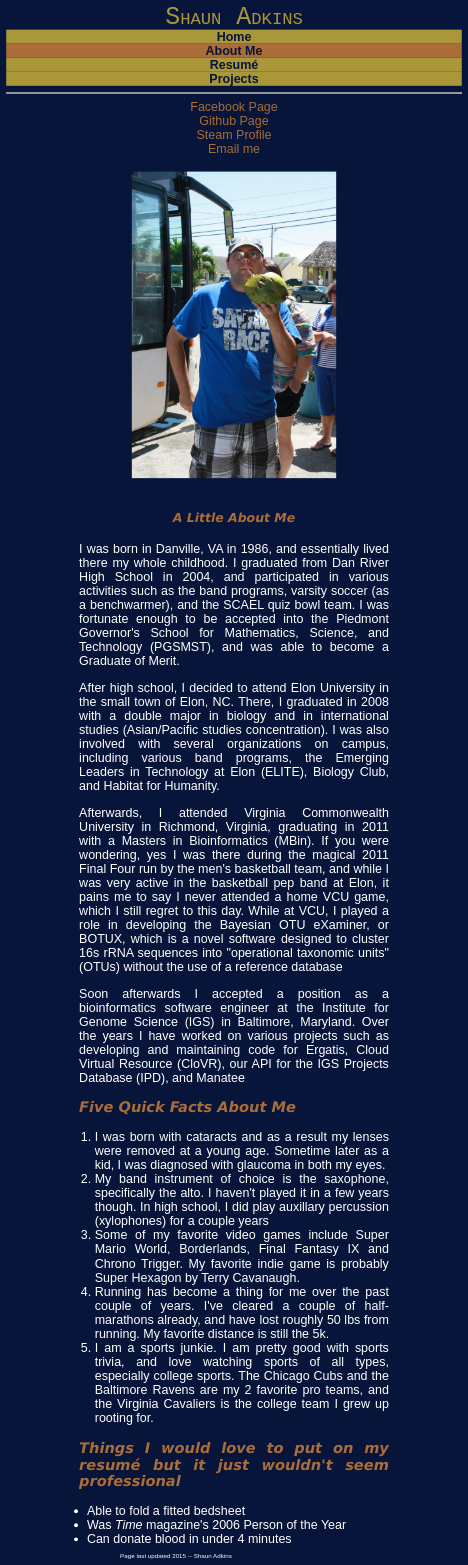
Repository: adkinsrs/sadkins_site
Page: html/about.html
The author's editor kept a record of every edit. The page is drawn from the files as they stood at one moment, then again after the next edit.
The browser window is 600 px wide. The pictures show the whole page, at 78% of full size.

Above is the page before.

After the next edit:
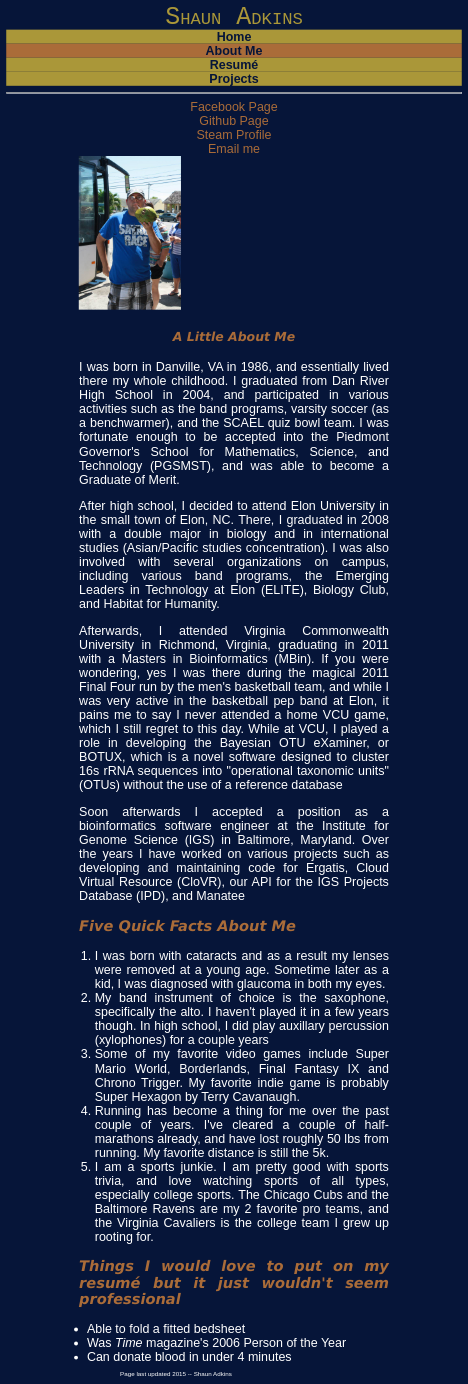
The edit:
--- a/css/main.css
+++ b/css/main.css
@@ -123,14 +123,6 @@
         text-align: center;
     }
 
-    img {
-        width: 66%;
-        margin-left: auto;
-        margin-right: auto;
-        padding: 20px;
-        display: block;
-    }
-
 }
 
 
